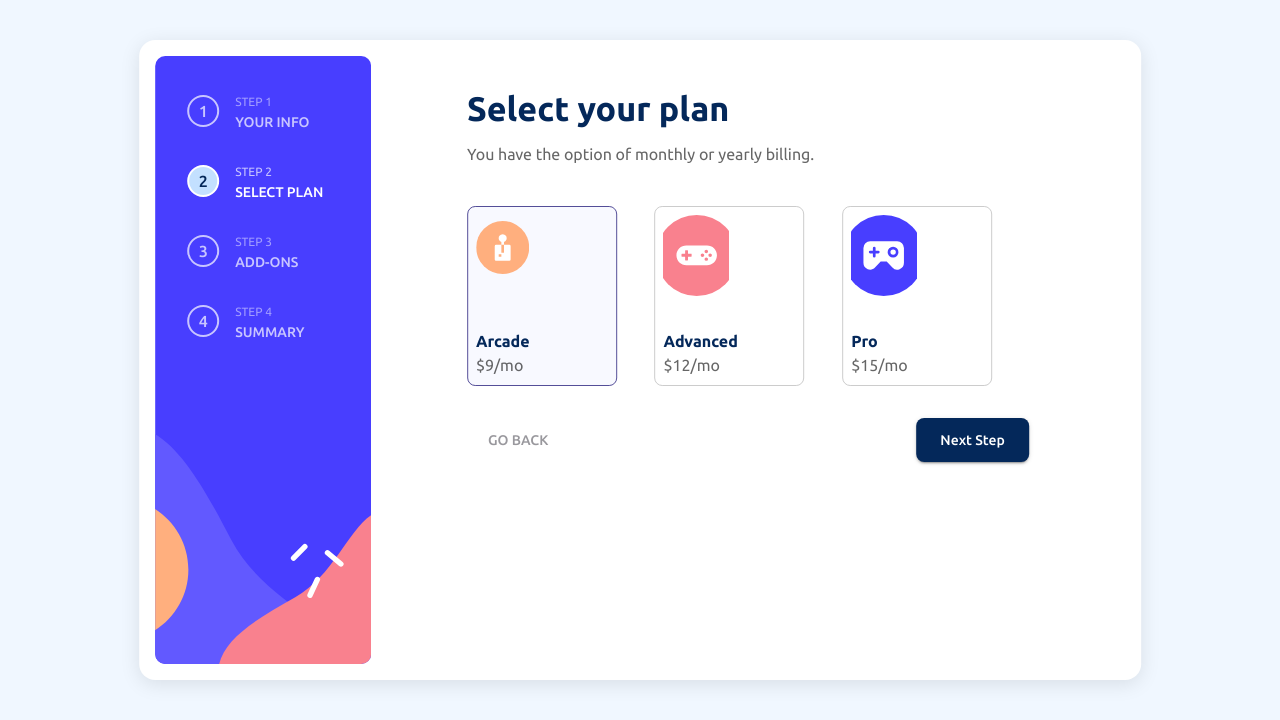
Repository: ozerrrs/chalange7days
Page: / (app in 7dayschalange/7dayschallange/), after clicking the first element matching `button.MuiButtonBase-root`
An editor plug-in stored every save of this project. The page is shown before and after the next save, followed by the edit.
The browser window is 1280 px wide. The pictures show the whole page.
The project was rebuilt for these pictures with package versions that can differ from the ones it lists, and the page was loaded fresh each time. Also part of the build but not shown: 7dayschalange/7dayschallange/vite.config.js.

Above is the page before, as saved 2025-03-05 16:23:38.

### 7dayschalange/7dayschallange/src/main.jsx
import * as React from "react";
import * as ReactDOM from "react-dom/client";
import { ThemeProvider } from "@mui/material/styles";
import { CssBaseline } from "@mui/material";
import theme from "./theme/theme";
import App from "./App";
import "./index.css";
ReactDOM.createRoot(document.getElementById("root")).render(
  <React.StrictMode>
    <ThemeProvider theme={theme}>
      <CssBaseline />
      <App />
    </ThemeProvider>
  </React.StrictMode>
);

### 7dayschalange/7dayschallange/src/theme/theme.jsx
import { createTheme } from "@mui/material/styles";

const theme = createTheme({
  typography: {
    fontFamily: "'Ubuntu', sans-serif",
    h4: {
      fontWeight: 700,
    },
    h2: {
      fontWeight: 500,
    },
  },
  components: {
    MuiCssBaseline: {
      styleOverrides: `
        body {
          background-color: #f0f7ff;
        }
      `,
    },
  },
});

export default theme;

### 7dayschalange/7dayschallange/src/App.jsx
import { Routes, Route, BrowserRouter } from "react-router-dom";
import FirstPage from "./pages/firstPage";
import "@fontsource/ubuntu/400.css"; // Regular
import "@fontsource/ubuntu/500.css"; // Medium
import "@fontsource/ubuntu/700.css"; // Bold
function App() {
  return (
    <BrowserRouter>
      <Routes>
        <Route path="/" element={<FirstPage />} />
        {/* <Route path="/about" element={<About />} />
          <Route path="/login" element={<Login />} />
          <Route path="/register" element={<Register />} /> */}
      </Routes>
    </BrowserRouter>
  );
}
export default App;

### 7dayschalange/7dayschallange/src/index.css
#root {
  height: 100vh;
  width: 100vw;
  background-color: #f0f7ff;
}

### 7dayschalange/7dayschallange/src/pages/firstPage.jsx
import React, { useState } from "react";
import {
  Box,
  TextField,
  Typography,
  Button,
  Stepper,
  Step,
  StepLabel,
  Paper,
  Container,
  Grid,
  CssBaseline,
  Radio,
  RadioGroup,
  FormControlLabel,
  FormControl,
} from "@mui/material";
import { styled, ThemeProvider } from "@mui/material/styles";
// Import the background image for the sidebar
import backgroundNav from "../assets/bg-sidebar-desktop.svg";
import arcadeIcon from "../assets/icon-arcade.svg";
import advancedIcon from "../assets/icon-advanced.svg";
import proIcon from "../assets/icon-pro.svg";

// Adjust the path as needed

const FormContainer = styled(Paper)(({ theme }) => ({
  padding: theme.spacing(2),
  borderRadius: 16,
  boxShadow: "0px 4px 20px rgba(0, 0, 0, 0.1)",
  display: "flex",
  overflow: "hidden",
  minWidth: 1000,
  minHeight: 640,
  margin: "0 auto",
  position: "absolute",
  top: "50%",
  left: "50%",
  transform: "translate(-50%, -50%)",
}));

const SideBar = styled(Box)(({ theme }) => ({
  padding: theme.spacing(4),
  borderRadius: "10px 10px 10px 10px",
  color: "white",
  width: 274,
  position: "relative",
  overflow: "hidden",
  background: "none",
  minHeight: 568,
}));

const ContentArea = styled(Box)(({ theme }) => ({
  paddingLeft: theme.spacing(12),
  paddingRight: theme.spacing(12),
  paddingTop: theme.spacing(4),
  paddingBottom: theme.spacing(4),
  width: "100%",
}));

const NextButton = styled(Button)(({ theme }) => ({
  backgroundColor: "#04285a",
  color: "white",
  borderRadius: 8,
  padding: "10px 24px",
  textTransform: "none", // This prevents uppercase text

  "&:hover": {
    backgroundColor: "#172b4d",
  },
}));

const StyledTextField = styled(TextField)(({ theme }) => ({
  marginBottom: theme.spacing(2),
  "& .MuiOutlinedInput-root": {
    borderRadius: "10px",
    "& fieldset": {
      borderRadius: "10px",
    },
  },
}));

const StepNumber = styled(Box)(({ theme, active }) => ({
  width: 32,
  height: 32,
  borderRadius: "50%",
  border: "2px solid white",
  display: "flex",
  alignItems: "center",
  justifyContent: "center",
  marginRight: theme.spacing(2),
  backgroundColor: active ? "#c3e0ff" : "transparent", // Blue background when active
  color: active ? "#04285a" : "white",
  fontWeight: 500,
}));

const StepItem = styled(Box)(({ theme, active }) => ({
  display: "flex",
  alignItems: "center",
  marginBottom: theme.spacing(3),
  opacity: active ? 1 : 0.7,
}));

const PlanCard = styled(Box)(({ theme, selected }) => ({
  padding: theme.spacing(1),
  borderRadius: 8,
  flex: 1,
  border: selected ? "1px solid #544e98" : "1px solid #ccc",
  backgroundColor: selected ? "#f8f9ff" : "transparent",
  cursor: "pointer",
  width: "150px",
  height: "180px",
  transition: "all 0.2s ease-in-out",
  display: "flex",
  flexDirection: "column",
  alignItems: "flex-start",
  justifyContent: "space-between",

  "&:hover": {
    borderColor: "#04285a",
  },
}));

const steps = [
  { label: "YOUR INFO", description: "Personal details" },
  { label: "SELECT PLAN", description: "Choose your plan" },
  { label: "ADD-ONS", description: "Add extra features" },
  { label: "SUMMARY", description: "Review your order" },
];

function MultiStepForm() {
  const [activeStep, setActiveStep] = useState(0);
  const [formData, setFormData] = useState({
    name: "",
    email: "",
    phone: "",
    plan: "arcade", // Default plan
  });

  const handleInputChange = (e) => {
    const { name, value } = e.target;
    setFormData({
      ...formData,
      [name]: value,
    });
  };

  const handlePlanChange = (event) => {
    setFormData({
      ...formData,
      plan: event.target.value,
    });
  };

  const handleNext = () => {
    setActiveStep((prevActiveStep) => prevActiveStep + 1);
  };

  const handleBack = () => {
    setActiveStep((prevActiveStep) => prevActiveStep - 1);
  };

  const getStepContent = (step) => {
    switch (step) {
      case 0:
        return (
          <Box>
            <Typography
              variant="h4"
              gutterBottom
              fontWeight="bold"
              sx={{ color: "#04285a" }}
            >
              Personal info
            </Typography>
            <Typography color="textSecondary" paragraph>
              Please provide your name, email address, and phone number.
            </Typography>

            <Box mt={3}>
              <Typography fontWeight={500} mb={1} sx={{ color: "#04285a" }}>
                Name
              </Typography>
              <StyledTextField
                fullWidth
                placeholder="e.g. Stephen King"
                name="name"
                value={formData.name}
                onChange={handleInputChange}
                variant="outlined"
              />

              <Typography fontWeight={500} mb={1} sx={{ color: "#04285a" }}>
                Email Address
              </Typography>

              <StyledTextField
                fullWidth
                placeholder="e.g. stephenking@lorem.com"
                name="email"
                value={formData.email}
                onChange={handleInputChange}
                variant="outlined"
              />

              <Typography fontWeight={500} mb={1} sx={{ color: "#04285a" }}>
                Phone Number
              </Typography>

              <StyledTextField
                fullWidth
                placeholder="e.g. +1 234 567 890"
                name="phone"
                value={formData.phone}
                onChange={handleInputChange}
                variant="outlined"
                sx={{ mb: 8 }}
              />
            </Box>
          </Box>
        );
      case 1:
        return (
          <Box>
            <Typography
              variant="h4"
              gutterBottom
              fontWeight="bold"
              sx={{ color: "#04285a" }}
            >
              Select your plan
            </Typography>
            <Typography color="textSecondary" paragraph>
              You have the option of monthly or yearly billing.
            </Typography>

            <FormControl component="fieldset" sx={{ width: "100%", mt: 3 }}>
              <RadioGroup
                aria-label="plan"
                name="plan"
                value={formData.plan}
                onChange={handlePlanChange}
                sx={{ display: "flex", flexDirection: "row", gap: "1px" }}
              >
                <FormControlLabel
                  value="arcade"
                  control={<Radio sx={{ display: "none" }} />}
                  label={
                    <PlanCard selected={formData.plan === "arcade"}>
                      <img
                        src={arcadeIcon}
                        alt="background"
                        style={{
                          width: "40%",
                          height: "40%",
                          objectFit: "contain",
                        }}
                      />
                      <Box sx={{ width: "100%" }}>
                        <Typography fontWeight="bold" sx={{ color: "#04285a" }}>
                          Arcade
                        </Typography>
                        <Typography color="textSecondary">$9/mo</Typography>
                      </Box>
                    </PlanCard>
                  }
                  sx={{ margin: 0, flex: 1 }}
                />

                <FormControlLabel
                  value="advanced"
                  control={<Radio sx={{ display: "none" }} />}
                  label={
                    <PlanCard selected={formData.plan === "advanced"}>
                      <img
                        src={advancedIcon}
                        alt="background"
                        style={{
                          width: "50%",
                          height: "50%",
                          objectFit: "cover",
                        }}
                      />
                      <Box sx={{ width: "100%" }}>
                        <Typography fontWeight="bold" sx={{ color: "#04285a" }}>
                          Advanced
                        </Typography>
                        <Typography color="textSecondary">$12/mo</Typography>
                      </Box>
                    </PlanCard>
                  }
                  sx={{ margin: 0, flex: 1 }}
                />

                <FormControlLabel
                  value="pro"
                  control={<Radio sx={{ display: "none" }} />}
                  label={
                    <PlanCard selected={formData.plan === "pro"}>
                      <img
                        src={proIcon}
                        alt="background"
                        style={{
                          width: "50%",
                          height: "50%",
                          objectFit: "cover",
                        }}
                      />
                      <Box sx={{ width: "100%" }}>
                        <Typography fontWeight="bold" sx={{ color: "#04285a" }}>
                          Pro
                        </Typography>
                        <Typography color="textSecondary">$15/mo</Typography>
                      </Box>
                    </PlanCard>
                  }
                  sx={{ margin: 0, flex: 1 }}
                />
              </RadioGroup>
            </FormControl>
          </Box>
        );
      case 2:
        return (
          <Box>
            <Typography
              variant="h4"
              gutterBottom
              fontWeight="bold"
              sx={{ color: "#04285a" }}
            >
              Pick add-ons
            </Typography>
            <Typography color="textSecondary" paragraph>
              Add-ons help enhance your gaming experience.
            </Typography>
          </Box>
        );
      case 3:
        return (
          <Box>
            <Typography
              variant="h4"
              gutterBottom
              fontWeight="bold"
              sx={{ color: "#04285a" }}
            >
              Summary
            </Typography>
            <Typography color="textSecondary" paragraph>
              Please confirm your selections.
            </Typography>
            <Box sx={{ mt: 2, p: 2, bgcolor: "#f8f9ff", borderRadius: 2 }}>
              <Typography fontWeight="bold" sx={{ color: "#04285a" }}>
                Selected Plan:{" "}
                {formData.plan.charAt(0).toUpperCase() + formData.plan.slice(1)}
              </Typography>
            </Box>
          </Box>
        );
      default:
        return "Unknown step";
    }
  };

  return (
    <FormContainer>
      <SideBar>
        <Box
          sx={{
            position: "absolute",
            top: 0,
            left: 0,
            width: "100%",
            height: "100%",
            zIndex: 0,
          }}
        >
          <img
            src={backgroundNav}
            alt="background"
            style={{ width: "100%", height: "100%", objectFit: "cover" }}
          />
        </Box>
        <Box sx={{ position: "relative", zIndex: 1 }}>
          {steps.map((step, index) => (
            <StepItem key={index} active={activeStep === index}>
              <StepNumber active={activeStep === index}>{index + 1}</StepNumber>

              <Box>
                <Typography variant="caption" sx={{ opacity: 0.7 }}>
                  STEP {index + 1}
                </Typography>
                <Typography variant="subtitle2">{step.label}</Typography>
              </Box>
            </StepItem>
          ))}
        </Box>
      </SideBar>

      <ContentArea>
        {getStepContent(activeStep)}

        <Box sx={{ display: "flex", justifyContent: "flex-end", mt: 4 }}>
          {activeStep !== 0 && (
            <Button onClick={handleBack} sx={{ mr: 45, color: "#99989d" }}>
              Go Back
            </Button>
          )}
          <NextButton variant="contained" onClick={handleNext}>
            Next Step
          </NextButton>
        </Box>
      </ContentArea>
    </FormContainer>
  );
}

export default MultiStepForm;

Loaded but not shown: 7dayschalange/7dayschallange/index.html (common file)

After the next save:
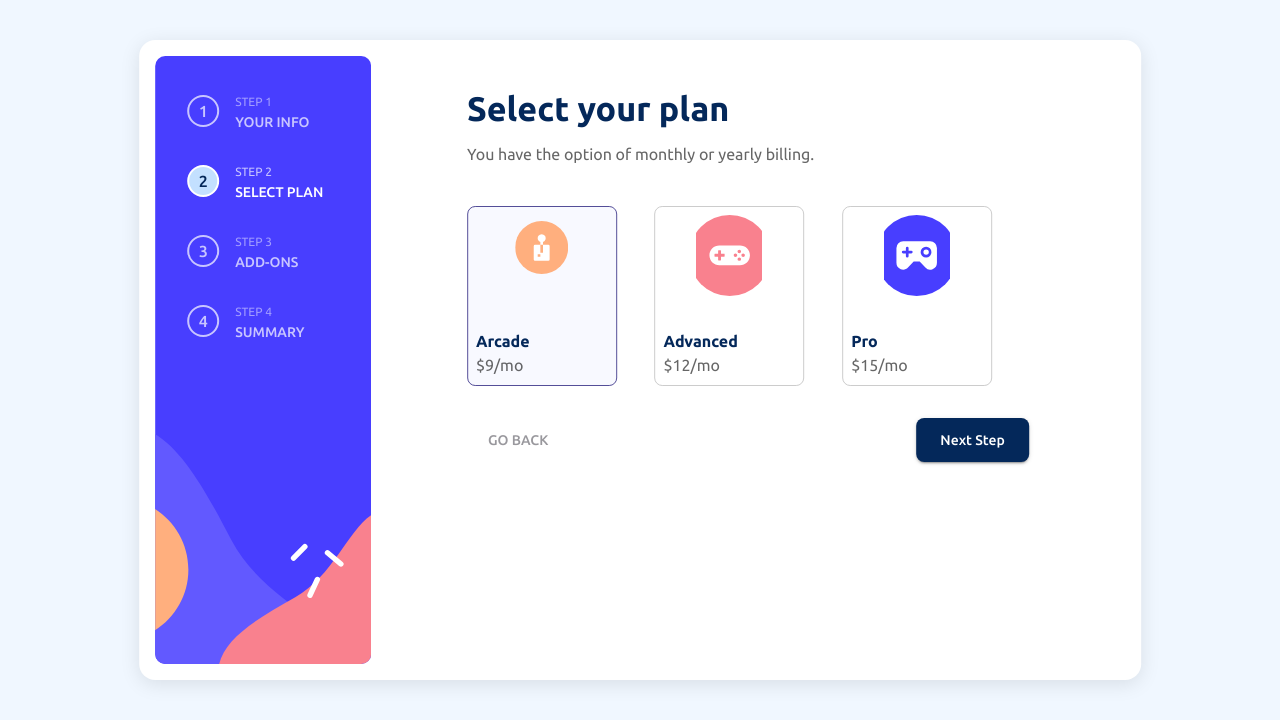
Saved 15 s later.
--- a/7dayschalange/7dayschallange/src/pages/firstPage.jsx
+++ b/7dayschalange/7dayschallange/src/pages/firstPage.jsx
@@ -114,7 +114,7 @@
   transition: "all 0.2s ease-in-out",
   display: "flex",
   flexDirection: "column",
-  alignItems: "flex-start",
+  alignItems: "center",
   justifyContent: "space-between",
 
   "&:hover": {

After the save that followed:
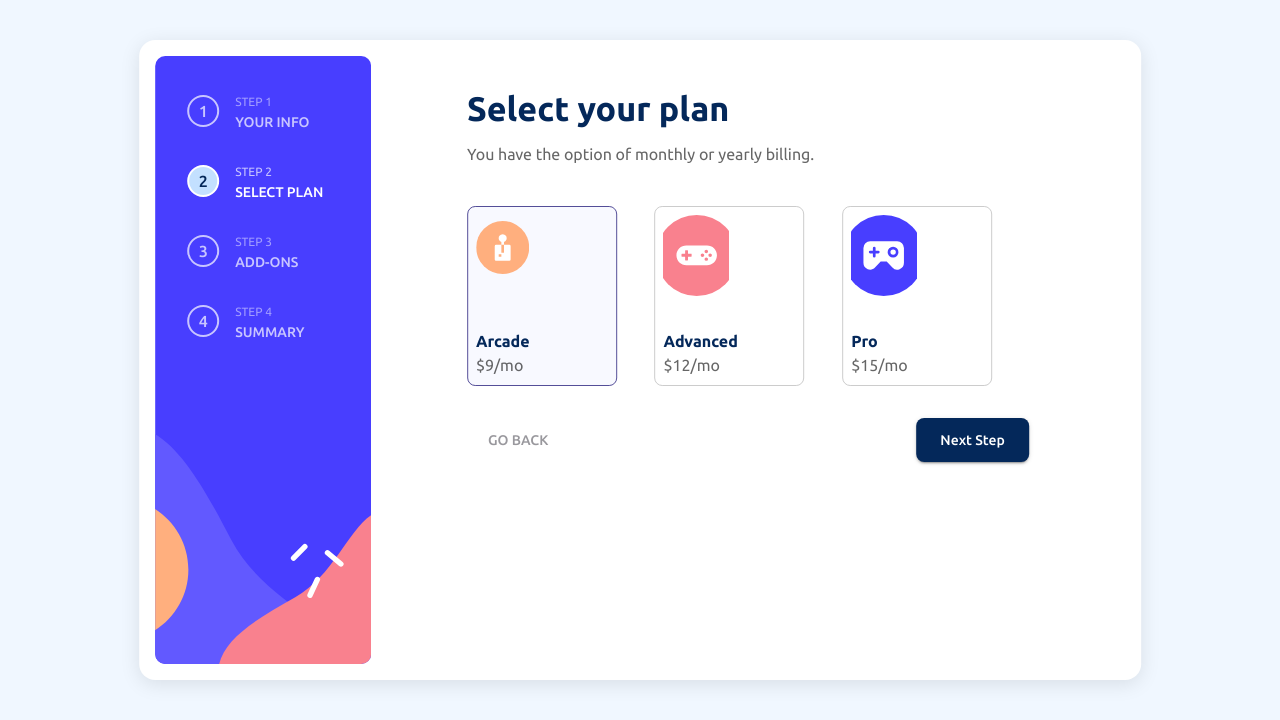
Saved 11 s later.
--- a/7dayschalange/7dayschallange/src/pages/firstPage.jsx
+++ b/7dayschalange/7dayschallange/src/pages/firstPage.jsx
@@ -114,7 +114,7 @@
   transition: "all 0.2s ease-in-out",
   display: "flex",
   flexDirection: "column",
-  alignItems: "center",
+  alignItems: "flex-start",
   justifyContent: "space-between",
 
   "&:hover": {
